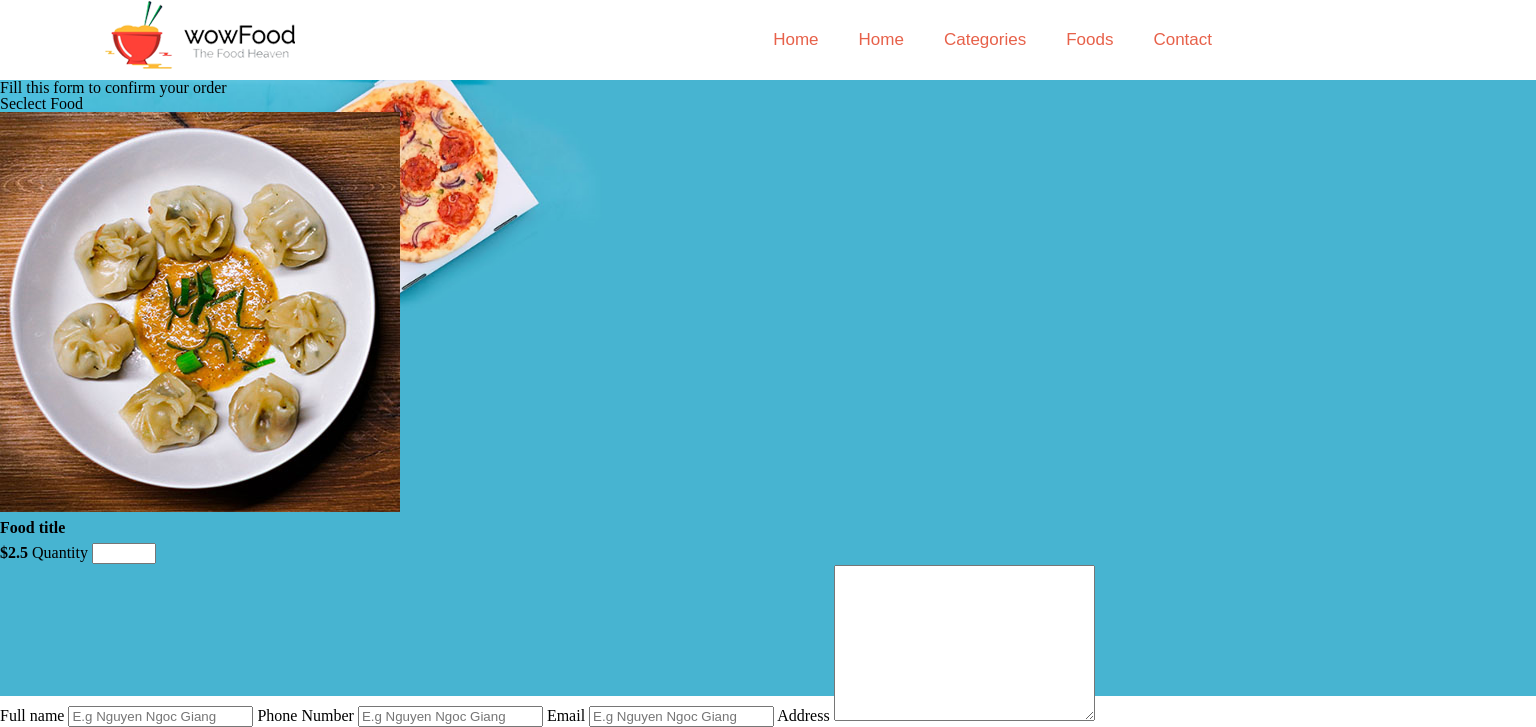
Repository: ruaruababa/WowFood
Page: order.html
The author's editor kept a copy of each file at every save. The page is drawn from the files as they stood at one save, then again after the next save.
The browser window is 1280 px wide. The page is 1536 px wide, then 1500 px, so the pictures cover 1536 px, including what lies to the right of the window. The pictures show the whole page.

Above is the page before, as saved 2021-09-19 21:50:18.

### order.html
<!DOCTYPE html>
<html lang="en">

<head>
    <meta charset="UTF-8">
    <meta http-equiv="X-UA-Compatible" content="IE=edge">
    <meta name="viewport" content="width=device-width, initial-scale=1.0">
    <title>Order Food</title>
    <link rel="stylesheet" href="./style.css">
    <link rel="stylesheet" href="./reset.css">
</head>

<body>
    <nav>
        <input type="checkbox" id="check" />
        <label for="check" class="checkbtn">
            <i class="fas fa-bars"></i>
        </label>
        <label class="logo">
            <img src="./img/logo.png" alt="" class="img-logo" />
        </label>
        <ul class="navbar">
            <li><a class="active" href="#">Home</a></li>
            <li><a href="#">Home</a></li>
            <li><a href="#">Categories</a></li>
            <li><a href="#">Foods</a></li>
            <li><a href="#">Contact</a></li>
        </ul>
    </nav>
    <section id=section-order>
        <img src="./img/bg.jpg" alt="" class="bgr" style="position: absolute; z-index: -1; width: 120%;">
        <div class="container-order">
            <form action="">
                <h3 class="title-order">Fill this form to confirm your order</h3>
                <label for="" class="seclect">Seclect Food</label>
                <div class="container-seclect-food">
                    <div class="img-food">
                        <img src="./img/menu-momo.jpg" alt="" class="bgr-item" />
                    </div>
                    <div class="content-food">
                        <h6 class="title-item">Food title</h6>
                        <span class="price-item">$2.5</span>
                        <label for="" class="quantity">Quantity</label>
                        <input type="number" min="1" max="100">
                    </div>
                </div>
                <div class="container-delivery-title">
                    <lable class="full-name">Full name</lable>
                    <input type="text" placeholder="E.g Nguyen Ngoc Giang">
                    <lable class="phone-number">Phone Number</lable>
                    <input type="text" placeholder="E.g Nguyen Ngoc Giang">
                    <lable class="email">Email</lable>
                    <input type="text" placeholder="E.g Nguyen Ngoc Giang">
                    <lable class="Address">Address</lable>
                    <textarea name="address" id="" cols="30" rows="10"></textarea>


                </div>
            </form>
        </div>
    </section>
</body>

</html>

### style.css

li {
  text-decoration: none;
}

a {
  text-decoration: none;
}

nav {
  height: 80px;
  width: 100%;
}

label.logo {
  padding: 0 100px;
}

nav ul {
  float: right;
  margin-right: 50px;
}

nav ul li {
  display: inline-block;
  line-height: 80px;
  margin: 0 5px;
  font-family: "Poppins", sans-serif;
}

nav ul li a {
  color: #e7614a;
  font-size: 17px;
  padding: 7px 13px;
  border-radius: 3px;
}

.checkbtn {
  font-size: 30px;
  color: white;
  float: right;
  line-height: 80px;
  margin-right: 40px;
  cursor: pointer;
  display: none;
}

#check {
  display: none;
}

ul:hover li {
  filter: blur(3px);
  opacity: 0.5;
  transform: scale(0.98);
  box-shadow: none;
}

ul:hover li:hover {
  transform: scale(1.1);
  filter: blur(0px);
  opacity: 1;
  box-shadow: 0 8px 20px 0px rgba(0, 0, 0, 0.125);
}

.container-section-search {
  position: relative;
  text-align: center;
  margin-top: 15px;
}

.background-search {
  height: 250px;
}

.background-search img {
  height: inherit;
  width: 100%;
  object-fit: cover;
}

.form {
  width: 100%;
  position: absolute;
  top: 50%;
  left: 50%;
  transform: translate(-50%, -50%);
  height: 22px;
}

.input-search {
  width: 35%;
  height: inherit;
}

.btn-search {
  background-color: rgba(250, 59, 59, 0.849);
  border: none;
  border-radius: 5px;
  font-size: 14px;
  color: white;
  cursor: pointer;
  padding: 3px;
}

#section-collection {
  position: relative;
}

.container-section-collection {
  height: max-content;
}

.explore-food {
  padding-top: 70px;
  text-align: center;
  font-size: 24px;
  font-family: "Poppins", sans-serif;
}

.collection-food {
  width: 100%;
}

.list-food {
  margin-top: 50px;
  display: flex;
  justify-content: center;
  column-gap: 50px;
}

.list-food li {
  width: 330px;
  height: 400px;
  transition: 0.2s all;
}

.list-food li:hover {
  transform: scale(0.95);
}

.list-food li img {
  width: 100%;
  height: 100%;
  object-fit: cover;
  border-radius: 10px;
}

.list-food li span {
  font-family: "Poppins", sans-serif;
  display: block;
  font-size: 20px;
  text-align: center;
  color: #ffffff;
  margin-top: -50px;
}

article {
  background-color: #ececec;
}

.title-food-menu {
  padding-top: 70px;
  font-size: 24px;
  text-align: center;
  font-family: "Poppins", sans-serif;
}

.container-menu {
  padding-top: 50px;
  display: grid;
  grid-gap: 20px;
  grid-template-columns: repeat(auto-fit, minmax(550px, 1fr));
  grid-auto-rows: 180px;
  justify-items: center;
  font-family: "Poppins", sans-serif;
}

.container-item:nth-child(odd) {
  justify-self: end;
}

.container-item:nth-child(even) {
  justify-self: start;
}

.container-item {
  background-color: #ffffff;
  display: flex;
  align-items: center;
  border-radius: 15px;
}

.container-item img {
  width: 25%;
  height: 70%;
  object-fit: cover;
  border-radius: 15px;
  margin: 0 28px;
}

.container-item .item-content {
  width: 100%;
  height: 70%;
  object-fit: cover;
  border-radius: 15px;
  margin: 0 28px;
}

.item-content {
  display: inline-block;
}

.title-item {
  font-size: 16px;
  font-weight: bold;
  line-height: 25px;
}

.price-item {
  line-height: 25px;
  font-weight: bold;
}

.des-item {
  font-size: 14px;
  line-height: 20px;
  color: #747d9c;
}

.oder-item {
  text-decoration: none;
  background-color: #f56b81;
  color: white;
  border-radius: 5px;
  padding: 3px;
  display: inline-block;
}

.footer-food-menu {
  margin-top: 30px;
}

.see-all-foods {
  display: block;
  text-align: center;
  text-decoration: none;
  color: #f56b81;
  padding-bottom: 50px;
  font-family: "Poppins", sans-serif;
  transition: 0.2s all;
}

.see-all-foods:hover {
  text-decoration: underline;
  transform: scale(1.1);
}

.social-network-icon {
  display: flex;
  justify-content: center;
  margin-top: 30px;
}

.icon-insta {
  margin: 0 30px;
}

.license {
  margin-top: 40px;
  margin-bottom: 30px;
  font-family: "Poppins", sans-serif;
}

.license p {
  text-align: center;
}

.license p a {
  text-decoration: none;
  color: #e7614a;
}

@media (max-width: 952px) {
  label.logo {
    padding-left: 50px;
  }

  nav ul li a {
    font-size: 16px;
  }

  .container-item:nth-child(odd) {
    justify-self: center;
  }

  .container-item:nth-child(even) {
    justify-self: center;
  }
}

@media (max-width: 858px) {
  i {
    color: black;
  }

  .checkbtn {
    display: block;
  }

  .navbar {
    position: fixed;
    width: 100%;
    height: 250px;
    left: -100%;
    text-align: center;
    transition: all 0.5s;
    z-index: 2;
    background-color: #ffffff;
  }

  nav ul li {
    display: block;
    margin: 10px 0;
    line-height: 30px;
  }

  nav ul li a {
    font-size: 20px;
  }

  #check:checked ~ ul {
    left: 0;
  }

  .container-section-collection {
    height: max-content;
  }
}

section {
  position: relative;
}
@media (max-width: 858px) {
   .container-menu {
    padding-top: 50px;
    display: grid;
    grid-gap: 20px;
    grid-template-columns: repeat(auto-fit, minmax(550px, 1fr));
    grid-auto-rows: 180px;
    justify-items: center;
    font-family: "Poppins", sans-serif;
  }
}

@media (max-width: 414px) {
  label img {
    margin-left: -50px;
  }
  i.fa-bars {
    margin-right: -20px;
  }
  .navbar {
    position: fixed;
    width: 414px;
    height: 250px;
    left: -100%;
    text-align: center;
    transition: all 0.5s;
    z-index: 2;
    background-color: #ffffff;
  }

  nav ul li {
    display: block;
    margin: 10px 0;
    line-height: 30px;
  }

  nav ul li a {
    font-size: 20px;
  }

  #check:checked ~ ul {
    left: 0;
  }
  .list-food {
    display: flex;
    flex-direction: column;
    gap: 15px;
  }

  .item {
    align-self: center;
  }

  .container-menu {
    padding-top: 50px;
    display: grid;
    grid-gap: 20px;
    grid-template-columns: repeat(auto-fit, minmax(375px, 1fr));
    grid-auto-rows: 180px;
    justify-items: center;
    font-family: "Poppins", sans-serif;
  }
}

@media (max-width: 375px) {
  label img {
    margin-left: -50px;
  }
  i.fa-bars {
    margin-right: -20px;
  }
  .navbar {
    position: fixed;
    width: 375px;
    height: 250px;
    left: -100%;
    text-align: center;
    transition: all 0.5s;
    z-index: 2;
    background-color: #ffffff;
  }

  nav ul li {
    display: block;
    margin: 10px 0;
    line-height: 30px;
  }

  nav ul li a {
    font-size: 20px;
  }

  #check:checked ~ ul {
    left: 0;
  }

  .list-food {
    display: flex;
    flex-direction: column;
    gap: 15px;
  }

  .item {
    align-self: center;
  }

  .container-menu {
    padding-top: 50px;
    display: grid;
    grid-gap: 20px;
    grid-template-columns: repeat(auto-fit, minmax(375px, 1fr));
    grid-auto-rows: 180px;
    justify-items: center;
    font-family: "Poppins", sans-serif;
  }
  @media (max-width: 320px) {
  label img {
    margin-top: -70px;
    margin-left: -50px;
    padding-bottom: 10px;
  }
  i.fa-bars {
    margin-right: -20px;
    padding-top: 20px;
  }
  .navbar {
    position: fixed;
    width: 320px;
    height: 250px;
    left: -100%;
    text-align: center;
    transition: all 0.5s;
    z-index: 2;
    background-color: #ffffff;
    margin-top: -5px;
  }

  nav ul li {
    display: block;
    margin: 10px 0;
    line-height: 30px;
  }

  nav ul li a {
    font-size: 20px;
  }

  #check:checked ~ ul {
    left: 0;
  }

  .list-food {
    display: flex;
    flex-direction: column;
    gap: 15px;
  }

  .item {
    align-self: center;
  }

  .container-menu {
    padding-top: 50px;
    display: grid;
    grid-gap: 20px;
    grid-template-columns: repeat(auto-fit, minmax(319px, 1fr));
    grid-auto-rows: 180px;
    justify-items: center;
    font-family: "Poppins", sans-serif;
  }
}

/* article{
  position: relative;
  top: 200px;
} */

Loaded but not shown: reset.css (common file)

After the next save:
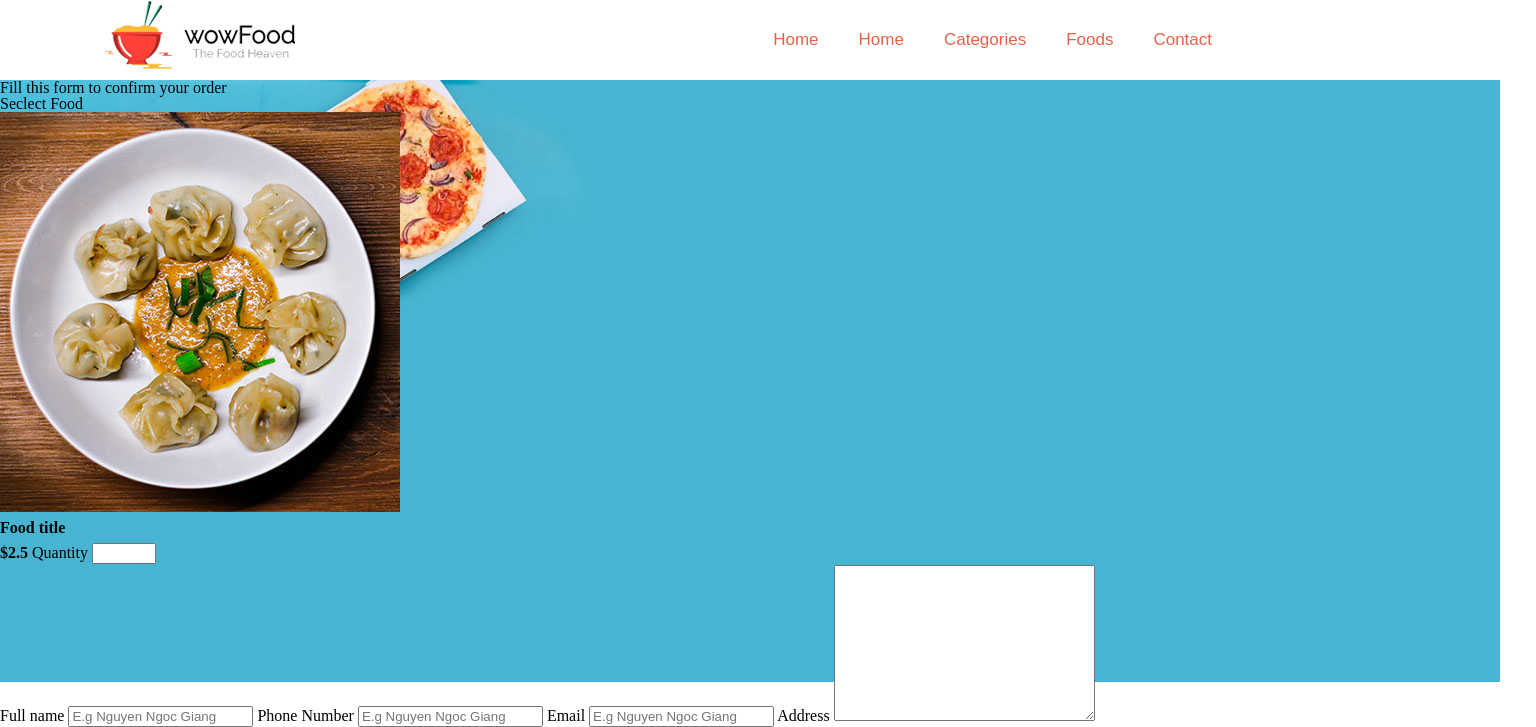
Saved 17 s later.
--- a/order.html
+++ b/order.html
@@ -28,7 +28,7 @@
         </ul>
     </nav>
     <section id=section-order>
-        <img src="./img/bg.jpg" alt="" class="bgr" style="position: absolute; z-index: -1; width: 120%;">
+        <img src="./img/bg.jpg" alt="" class="bgr" style="position: absolute; z-index: -1; width: 1500px;">
         <div class="container-order">
             <form action="">
                 <h3 class="title-order">Fill this form to confirm your order</h3>
